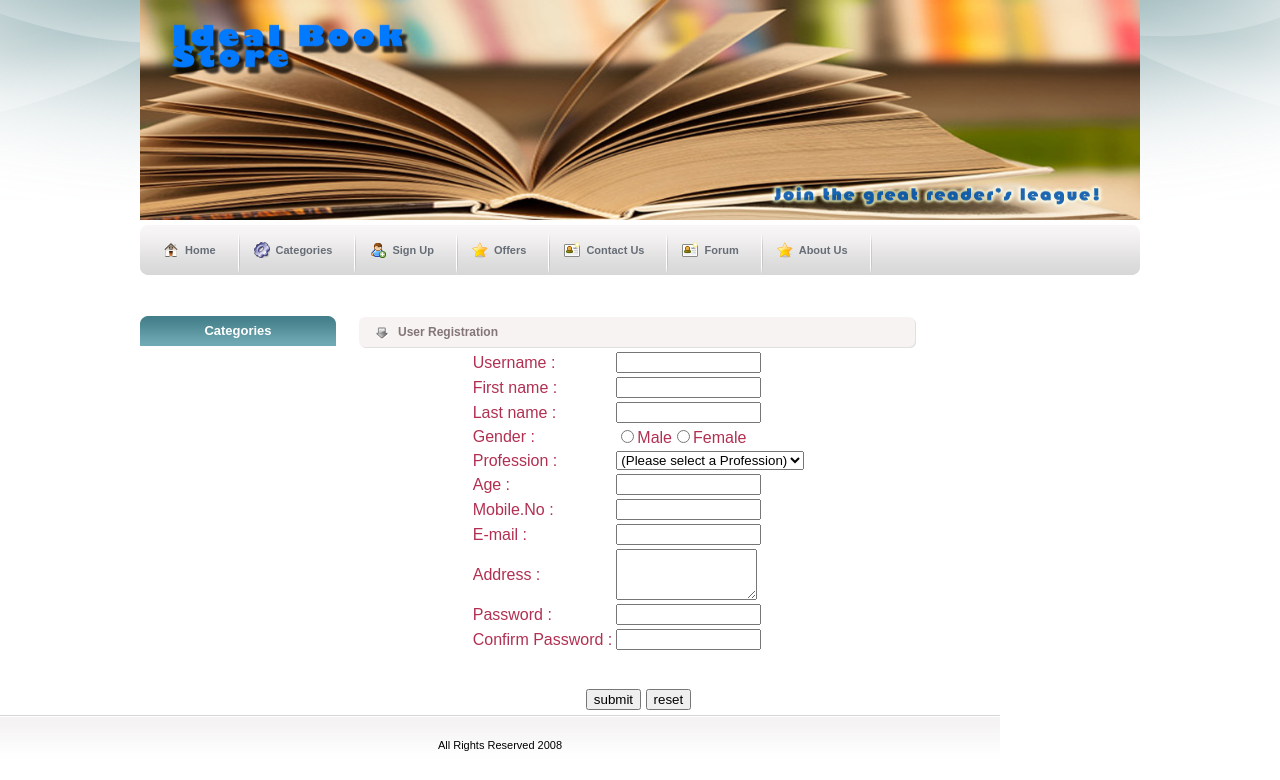
Repository: tusharjain887/Online-Book-Sales
Page: http://localhost/OnlineBook/registration.jsp
An editor plug-in stored every save of this project. The page is shown before and after the next save, followed by the edit.
The browser window is 1280 px wide. The pictures show the whole page.
The page is served by Tomcat 9. Queries for data that is not in the repository find no rows.

Above is the page before, as saved 2013-04-09 12:38:18.

### PROJECT/workspace/workspace/OnlineBook/WebContent/registration.jsp
<%@ page import="java.sql.*"%>
<%@ page import="java.io.*"%>
<%@ page import="java.util.*"%>
<%@ page import="java.lang.*"%>

<!DOCTYPE html PUBLIC "-//W3C//DTD XHTML 1.0 Transitional//EN" "http://www.w3.org/TR/xhtml1/DTD/xhtml1-transitional.dtd">
<html xmlns="http://www.w3.org/1999/xhtml">
<head>
<title>Sign Up</title>
<meta http-equiv="Content-Type" content="text/html; charset=windows-1252" />
<link rel="stylesheet" type="text/css" href="style.css" />
<!--[if IE 6]>
<link rel="stylesheet" type="text/css" href="iecss.css" />
<![endif]-->
<script type="text/javascript" src="js/boxOver.js"></script>

<script type="text/javascript">
function formValidation()
{
var username = document.myForm.username;
var name = document.myForm.name;
var lname = document.myForm.lname;
var age = document.myForm.age;
var phone1 = document.myForm.phone1;
var email = document.myForm.email;
var address = document.myForm.address;
var pwd = document.myForm.pwd;
var pwd1 = document.myForm.pwd1;

//username
var uid_len = username.value.length;
var alphanum = /^[0-9a-zA-Z]+$/;
if (uid_len == 0)
{
alert('Username should not be empty.');
username.focus();
return false;
}
else if ((!username.value.match(alphanum)))
{
alert('Username must have alphanumeric characters only.');
username.focus();
return false;
}

//Name
var letters = /^[A-Za-z]+$/;
if(name.value.length==0)
{
	alert('First name should not be empty');
	name.focus();
	return false;
}
else if(!name.value.match(letters))
{
	alert('First name must have alphabet characters only');
	name.focus();
	return false;
}

if(lname.value.length==0)
{
	alert('Last name should not be empty');
	lname.focus();
	return false;
}
else if(!lname.value.match(letters))
{
	alert('Last name must have alphabet characters only');
	lname.focus();
	return false;
}

if ( ( myForm.gender[0].checked == false ) && ( myForm.gender[1].checked == false ))
{
alert('Please select your gender!');
return false;
}

if(document.myForm.pro.selectedIndex==0)
{
alert("Please select your profession!");
document.myForm.pro.focus();
return false;
}

var numbers = /^[0-9]+$/;
if(age.value.length==0)
{
	alert('Please enter your age!');
	age.focus();
	return false;
}
else if(!age.value.match(numbers))
{
	alert('Age must have numeric characters only.');
	age.focus();
	return false;
}
else if(age.value.length>2)
{
	alert('Age must be less than 100');
	age.focus();
	return false;
}

if(phone1.value.length==0)
{
	alert('Please enter your Mobile number!');
	phone1.focus();
	return false;
}
else if(!phone1.value.match(numbers))
{
	alert('Mobile number must have numeric characters only.');
	phone1.focus();
	return false;
}
else if(!(phone1.value.length==10))
{
	alert('Mobile number must be equal to 10');
    phone1.focus();
	return false;
}

var mailformat = /^\w+([\.-]?\w+)*@\w+([\.-]?\w+)*(\.\w{2,3})+$/;
if(email.value.length==0)
	{
	alert("Please enter your email addres!");
	email.focus();
	return false;
	}
else if(!email.value.match(mailformat))
    {
	alert("You have entered an invalid email address!");
	email.focus();
	return false;
}


if(address.value.length==0)
{
	alert('Please enter your address!');
	age.focus();
	return false;
}


var pwd_len = pwd.value.length;
if (pwd_len == 0)
{
alert("Please enter your password!");
pwd.focus();
return false;
}
else if( pwd_len > 15 || pwd_len < 5)
{
	alert("Password should be between 5 to 15");
	pwd.focus();
	return false;
}

pwd_len = pwd1.value.length;
if (pwd_len == 0)
{
alert("Please confirm your password");
pwd1.focus();
return false;
}
else if( pwd_len > 15 || pwd_len < 5)
{
	alert("Password should be between 5 to 15");
	pwd1.focus();
	return false;
}

if(pwd.value!=pwd1.value)
{
alert("Password mismatch");
pwd.focus();
return false;
}



return true;
}
</script>
</head>
<body>
<div id="main_container">

  <div id="header">

  </div>

  <div id="main_content">
    <div id="menu_tab">
      <div class="left_menu_corner"></div>
      <ul class="menu">
        <li><a href="index.jsp" class="nav1"> Home</a></li>
        <li class="divider"></li>
        <li><a href="categories.jsp" class="nav2">Categories</a></li>
        <li class="divider"></li>
        <li><a href="registration.jsp" class="nav4">Sign Up</a></li>
        <li class="divider"></li>
        <li><a href="news.jsp" class="nav3">Offers</a></li>
        <li class="divider"></li>
        <li><a href="contact.jsp" class="nav6">Contact Us</a></li>
        <li class="divider"></li>
        <li><a href="forum.jsp" class="nav6">Forum</a></li>
        <li class="divider"></li>
        <li><a href="aboutus.jsp" class="nav3">About Us</a></li>
        <li class="divider"></li>

      </ul>
      <div class="right_menu_corner"></div>
    </div>
    <!-- end of menu tab -->
</br></br></br>
    <div class="left_content">
         <div class="title_box">Categories</div>
      <ul class="left_menu">
      <%
      try{
    	  Class.forName("com.ibm.db2.jcc.DB2Driver").newInstance();
	Connection Conn8=DriverManager.getConnection("jdbc:db2://localhost:50000/BOOKS","Rakesh","Rakesh");
	PreparedStatement ps8=Conn8.prepareStatement("SELECT CAT_ID,CAT_NAME FROM CATEGORY");
	ResultSet rs8=ps8.executeQuery();
	while(rs8.next())
    {
		String name=rs8.getString(2);
 	%>
        <li class="even"><%out.println("<a href='viewcategory.jsp?cat_id="+rs8.getString(1)+"'>"+name+"</a>");%></li>
        <%
        }
        %>
      </ul>
      <%
      PreparedStatement ps9=Conn8.prepareStatement("SELECT IMAGEURL FROM ADVERTISEMENT ORDER BY AD_ID DESC LIMIT 0,3");
	ResultSet rs9=ps9.executeQuery();
	while(rs9.next())
    {
		%>
      <div class="banner_adds"><br><br><br> <%out.println("<img src='C:/Uploaded Images/"+rs9.getString(1)+"'></img>");%> </div>
      <%
      }
	ps8.close();
	ps9.close();
	Conn8.close();
      }
      catch(Exception e)
      {
    	  System.out.println(e);
      }
      %>
    </div>
    </div>
    <!-- end of left content -->
    <div class="center_content">
      <div class="center_title_bar">User Registration</div>
      <div style="font-size:16px;color:#B13052;">
      <form name="myForm" action="registration1.jsp" method="post" onsubmit="return formValidation()">
      <center>
<table>
<h3>
<tr>
<td style="margin-bottom: 5px;">Username        : </td>
<td style="margin-bottom: 5px;"><input type=text name="username" size=15></td>
</tr>
<tr>
<td style="margin-bottom: 5px;">First name         : </td>
<td style="margin-bottom: 5px;"><input type=text name="name" size=15></td>
</tr>
<tr>
<td style="margin-bottom: 5px;">Last name        : </td>
<td style="margin-bottom: 5px;"><input type=text name="lname" size=15></td>
</tr>
<tr>
<td style="margin-bottom: 5px;">Gender               :</td>
<td style="margin-bottom: 5px;"><input type="radio" name="gender" value="male" /><span>Male</span><input type="radio" name="gender" value="female" /><span>Female</span></td>
</tr>
<tr>
<td style="margin-bottom: 5px;">Profession        : </td>
<td style="margin-bottom: 5px;"><select name="pro">
<option selected="" value="Default">(Please select a Profession)</option>
<option value=Student>Student</option>
<option value=Business>Business</option>
<option value=Govt. Employee>Govt.Employ</option>
<option value=Pvt.Employee>Pvt.Employ</option>
</select></td>
</tr>
<tr>
<td style="margin-bottom: 5px;">Age               :</td>
<td style="margin-bottom: 5px;"><input type=text name="age"size=15></td>
</tr>
<tr>
<td style="margin-bottom: 5px;">Mobile.No         :</td>
<td style="margin-bottom: 5px;"><input type=text name="phone1" size=15></td>
</tr>
<tr>
<td style="margin-bottom: 5px;">E-mail            :</td>
<td style="margin-bottom: 5px;"><input type=text name="email" size=15></td>
</tr>
<tr>
<td style="margin-bottom: 5px;">Address          : </td>
<td style="margin-bottom: 5px;"><textarea rows=3 cols=15 name="address" size=15></textarea></td>
</tr>
<tr>
<td style="margin-bottom: 5px;">Password          : </td>
<td style="margin-bottom: 5px;"><input type=password name="pwd" size=15></td>
</tr>
<tr>
<td style="margin-bottom: 5px;">Confirm Password  : </td>
<td style="margin-bottom: 5px;"><input type=password name="pwd1" size=15></td>
</tr></h3>
</table>
<br><br>


<input type=submit value="submit">
<input type=reset value="reset">
</center>
</form>
</div>
    </div>
    <!-- end of center content -->
    <div class="right_content">
     <br><br><br>
    </div>
    <!-- end of right content -->
  </div>
  <!-- end of main content -->
  </br></br>
  <div class="footer">
    <br><br>
    <center> All Rights Reserved 2008</center>
      </div>

<!-- end of main_container -->
</body>
</html>

### PROJECT/workspace/workspace/OnlineBook/WebContent/style.css
body
{
background:url(images/bg.jpg) no-repeat #fff center top;
padding:0;
font-family:Arial, Helvetica, sans-serif;
font-size:11px;
margin:0px auto auto auto;
color:#000;
}
p{
padding:2px;
margin:0px;
}
#main_container{
width:1000px;
height:auto;
margin:auto;
padding:0px;
}
.top_bar{
width:1000px;
height:38px;
background-color:#4a4a4a;
}
.top_search{
width:370px;
height:32px;
margin:0px 20px 0 0;
_margin:0px 10px 0 0;
float:right;
background:url(images/top_search_bg.gif) no-repeat center;
}
input.search_input{
width:182px;
height:18px;
float:left;
margin:5px 0 0 0 ;
border:1px solid #dbdbdb;
border-bottom-color:#ffffff;
border-right-color:#ffffff;
}
.search_text{
float:left;
width:110px;
padding:8px 0 0 15px;
color:#999999;
}
.search_text a{
text-decoration:none;
color:#999999;
}
.search_bt{
float:left;
padding:2px 0 0 15px;
}
.languages{
float:right;
width:150px;
padding:8px 0 0 0;
}
.lang_text{
float:left;
padding:0 5px 0 0;
color:#b3adad;
}
a.lang{
display:block;
float:left;
padding:0 5px 0 5px;
}
#header{
width:1000px;
height:220px;
background:url(images/book4.jpg) no-repeat center;
background-position:0px 0px;
background-size:1000px 220px;
margin=0;
}
.logout{
	float:right;
	font-size:14px;
	color: green;
	font-weight: bold;
}
.logout a,.logout a:hover {
	color: B13052;
}

}
#logo{
padding:15px;
}
#templatemo_header {
	clear: both;
	width: 1000px;
	height: 200px;
	padding: 0;
	margin: 0;
	background: url(images/templatemo_header_bg.jpg) no-repeat;
}

#templatemo_header a,a:hover {
	color: #000;
}

#templatemo_header #templatemo_special_offers {
	float: left;
	font-size: 14px;
	margin-top: 95px;
	margin-left: 490px;
	width: 180px;
}

#templatemo_special_offers a {
	font-size: 12px;
}

#templatemo_special_offers  p {
	margin: 0 0 20px 0;
}
#templatemo_special_offers p span {
	font-size: 18px;
}

#templatemo_header #templatemo_new_books {
	float: left;
	margin-top: 90px;
	margin-left: 55px;
	width: 180px;
}

#templatemo_new_books ul {
	 margin: 0 0 10px 0;
	 padding: 0 0 0 20px;
}

#templatemo_new_books li {
	 margin: 0;
	 padding: 0;
}

/*------------------------------oferte_content-----------------------*/
.oferte_content{
width:600px;
height:264px;
float:left;
padding:0 0 0 50px;
}
.top_divider{
float:left;
width:1px;
height:164px;
}
.oferta{
width:538px;
float:left;
padding:15px 30px 0 30px;
}
.oferta_img{
float:left;
padding:0 0 10px 0;
}
.oferta_title{
font-size:15px;
color:#b72c24;
font-weight:bold;
}
.oferta_details{
width:400px;
float:left;
padding:0 0 0 30px;
}
.oferta_text{
padding:5px 0 5px 0;
font-size:12px;
color:#FFFFFF;
text-align:justify;
line-height:15px;
}
a.details{
width:83px;
height:21px;
display:block;
float:right;
margin:5px 0 0 0;
padding-left:5px;
background:url(images/details_bt_bg.gif) no-repeat center;
text-align:center;
line-height:21px;
text-decoration:none;
color:#000000;
}
/*---------------------oferta_pagination-----------------------------*/

div.oferta_pagination {
clear:both;
padding:10px 0 0 0;
_padding:0px 0 0 0;
margin:5px;
text-align:center;
float:left;
font-size:10px;
}

div.oferta_pagination a {
width:22px;
height:22px;
display:block;
float:left;
margin:0 0 0 5px;
_margin:0 0 0 3px;
line-height:23px;
text-align:center;
background:url(images/pag_bg.gif) no-repeat center;
text-decoration:none;
color:#9d8b8b;
}
div.oferta_pagination a:hover, div.pagination a:active {
width:22px;
height:22px;
display:block;
float:left;
line-height:23px;
text-align:center;
background:url(images/pag_bg_a.gif) no-repeat center;
text-decoration:none;
color:#ad1614;
}
div.oferta_pagination span.current {
width:22px;
height:22px;
display:block;
float:left;
line-height:23px;
text-align:center;
background:url(images/pag_bg_a.gif) no-repeat center;
text-decoration:none;
color:#ad1614;
}
#main_content{
clear:both;
}
/*---------------- menu tab----------------------*/
#menu_tab{
width:1000px;
height:50px;
background-color:#fff;
margin-top:5px;
}
.left_menu_corner{
width:9px;
height:50px;
float:left;
background:url(images/menu_left.gif) no-repeat center;
}
.right_menu_corner{
width:9px;
height:50px;
float:left;
background:url(images/menu_right.gif) no-repeat center;
}
ul.menu {
list-style-type:none; float:left; display:block; width:982px;
margin:0px; padding:0px;background:url(images/menu_bg.gif) repeat-x;}

ul.menu li {
display:inline;
font-size:11px;
font-weight:bold;
line-height:50px;
}
ul.menu li.divider {
display:inline;
width:2px;
height:50px;
float:left;
background:url(images/menu_divider.gif) no-repeat center;
}

a.nav1:link, a.nav1:visited {
display:block; float:left; padding:0px 8px 0px 22px; margin:0 14px 0 14px;height:50px;text-decoration:none; background:url(images/home.png) no-repeat left; color:#676d77;}
a.nav2:link, a.nav2:visited {
display:block; float:left; padding:0px 8px 0px 22px; margin:0 14px 0 14px;height:50px;text-decoration:none; background:url(images/services.png) no-repeat left; color:#676d77;}
a.nav3:link, a.nav3:visited {
display:block; float:left; padding:0px 8px 0px 22px; margin:0 14px 0 14px;height:50px;text-decoration:none; background:url(images/favs.png) no-repeat left; color:#676d77;}
a.nav4:link, a.nav4:visited {
display:block; float:left; padding:0px 8px 0px 22px; margin:0 14px 0 14px;height:50px;text-decoration:none; background:url(images/user_add.png) no-repeat left; color:#676d77;}
a.nav5:link, a.nav5:visited {
display:block; float:left; padding:0px 8px 0px 22px; margin:0 14px 0 14px;height:50px;text-decoration:none; background:url(images/car.png) no-repeat left; color:#676d77;}
a.nav6:link, a.nav6:visited {
display:block; float:left; padding:0px 8px 0px 22px; margin:0 14px 0 14px;height:50px;text-decoration:none; background:url(images/contact-new.png) no-repeat left; color:#676d77;}

a.nav1:hover, a.nav2:hover, a.nav3:hover, a.nav4:hover, a.nav5:hover, a.nav6:hover {
color:#333333;}


li.currencies{
width:180px;
float:left;
padding:0 0 0 15px;
_padding:12px 0 0 15px;
color:#676d77;
font-size:11px;
font-weight:bold;
}
/*----------------crumb_navigation-------------*/
.crumb_navigation{
width:980px;
height:15px;
padding:5px 10px 0 20px;
color:#333333;
background:url(images/navbullet.png) no-repeat left;
background-position:5px 6px;
}
.crumb_navigation a{
color:#0fa0dd;
text-decoration:underline;
}
span.current{
color:#0fa0dd;
}

/*-------------left_content------------------*/
.left_content{
width:196px;
float:left;
}
.title_box{
width:196px;
height:30px;
margin:5px 0 0 0;
background:url(images/menu_title_bg.gif) no-repeat center;
text-align:center;
font-size:13px;
font-weight:bold;
color:#fff;
line-height:30px;
}
/*--------left menu---------*/
ul.left_menu{
width:196px;
padding:0px;
margin:0px;
list-style:none;
}
ul.left_menu li{
margin:0px;
list-style:none;
}
ul.left_menu li.odd a{
width:166px;height:25px;display:block;background:url(images/checked.png) no-repeat left #dad0d0; background-position:5px 5px;border-bottom:1px #FFFFFF solid;
text-decoration:none;color:#504b4b;padding:0 0 0 30px; line-height:25px;
}
ul.left_menu li.even a{
width:166px;height:25px;display:block;background:url(images/checked.png) no-repeat left #eee6e6;background-position:5px 5px;border-bottom:1px #FFFFFF solid;
text-decoration:none;color:#504b4b;padding:0 0 0 30px; line-height:25px;
}
ul.left_menu li.even a:hover, ul.left_menu li.odd a:hover{
background:url(images/checked.png) no-repeat left #7bbcc7; color:#FFFFFF;background-position:5px 5px;
}

.border_box{
width:194px;
height:auto;
text-align:center;
border:1px #6da6b1 solid;
}
.product_title{
color:#ea2222;
padding:5px 0 5px 0;
font-weight:bold;
}
.product_title a{
text-decoration:none;
color:#ea2222;
padding:5px 0 5px 0;
font-weight:bold;
}
.product_title a:hover{
color:#064E5A;
}
.product_img{
padding:5px 0 5px 0;
}
.prod_price{
padding:5px 0 5px 0;
}
span.reduce{
color:#ea2222;
text-decoration:line-through;
}
span.price{
color:#ea2222;
}
/*----------newsletter--------------*/
input.newsletter_input{
width:160px;
height:16px;
border:1px #ddd9d9 solid;
margin:10px 0 5px 0;
font-size:12px;
padding:3px;
color:#999999;
}
a.join{
width:17px;
display:block;
margin:5px 0 5px 140px;
_margin:5px 0 5px 130px;
background:url(images/blue-add.png) no-repeat left;
padding:0 0 0 20px;
text-decoration:none;
color:#1c4a52;
}
.banner_adds{
width:194px;
text-align:center;
padding:10px 0 10px 0;
}

/*center content--------------------------*/
.center_content{
width:585px;
float:left;
padding:5px 10px;
}
.center_title_bar{
width:520px;
height:33px;
float:left;
padding:0 0 0 40px;
margin:0 0 0 12px;
_margin:0 0 0 6px;
line-height:33px;
font-size:12px;
color:#847676;
font-weight:bold;
background:url(images/bar_bg.gif) no-repeat center;
}

/*----------------------right content--------------*/
.right_content{
width:196px;
float:left;
padding:5px 0 0 0;
}
.shopping_cart{
width:195px;
height:84px;
text-align:center;
background:url(images/cart_bg.gif) no-repeat center;
}
.cart_title{
font-size:12px;
font-size:12px;
color:#847676;
font-weight:bold;
padding:8px 0 0 0;
}
.cart_details{
width:115px;
float:left;
padding:5px 0 0 15px;
text-align:left;
}
.cart_icon{
float:left;
padding:5px 0 0 5px;
}
span.border_cart{
width:100px;
height:1px;
margin:3px 0 3px 0;
display:block;
border-top:1px #999999 dashed;
}
/*---------prod_box----------*/
.prod_box{
width:173px;
height:auto;
float:left;
padding:10px 10px 10px 11px;
}
.top_prod_box{
width:173px;height:12px;background:url(images/product_box_top.gif) no-repeat center bottom;float:left; padding:0px; margin:0px;
}
.bottom_prod_box{
width:173px;height:10px;background:url(images/product_box_bottom.gif) no-repeat center top;float:left;padding:0px; margin:0px;
}
.center_prod_box{
width:173px;height: auto;background:url(images/product_box_center.gif) repeat-y;float:left; text-align:center;padding:0px; margin:0px;
}
.prod_details_tab{
width:173px;
height:31px;
float:left;
background:url(images/products_details_bg.gif) no-repeat center;
margin:3px 0 0 0;
}
img.left_bt{
float:left;
padding:6px 0 0 6px;
}
a.prod_details{
width:25px;
display:block;
float:left;
background:url(images/square-blue-add.gif) no-repeat left;
padding:0 0 0 20px;
margin:7px 0 0 38px;
_margin:6px 0 0 35px;
text-decoration:none;
color:#0fa0dd;
}
/*---------prod_box_big----------*/
.prod_box_big{
width:554px;
height:auto;
float:left;
padding:10px 10px 10px 15px;
}
.top_prod_box_big{
width:554px;height:12px;background:url(images/details_box_top.gif) no-repeat center bottom;float:left; padding:0px; margin:0px;
}
.bottom_prod_box_big{
width:554px;height:12px;background:url(images/details_box_bottom.gif) no-repeat center top;float:left;padding:0px; margin:0px;
}
.center_prod_box_big{
width:554px;height: auto;background:url(images/details_box_center.gif) repeat-y;float:left; text-align:center;padding:0px; margin:0px;
}
.product_img_big{
width:170px;
padding:5px 0 5px 10px;
float:left;
}
.details_big_box{
width:345px;
float:left;
padding:0 0 0 15px;
text-align:left;
}
.product_title_big{
color:#ea2222;
padding:5px 0 5px 0;
font-weight:bold;
font-size:14px;
}
.specifications{
font-size:12px;
font-weight:bold;
line-height:18px;
}
.thumbs{
padding:8px 5px 8px 5px;
border:1px #DFD1D1 solid;
margin:3px 0 0 0;
}
.thumbs a{
padding:3px;
}
.prod_price_big{
padding:5px 0 5px 0;
font-size:16px;
}
span.reduce{
color:#ea2222;

}
span.price{
color:#ea2222;
}
a.addtocart{
width:76px;
height:27px;
display:block;
float:left;
background:url(images/addtocart.gif) no-repeat left;
padding:0 0 0 33px;
text-decoration:none;
line-height:27px;
color:#1c4a52;
}
a.compare{
width:76px;
height:27px;
display:block;
float:left;
margin:0 0 0 10px;
background:url(images/compare.gif) no-repeat left;
padding:0 0 0 33px;
text-decoration:none;
line-height:27px;
color:#1c4a52;
}
span.blue{
color:#5F9FAB;
}
/*---------------contact_form------------------*/
.contact_form{
width:355px;
float:left;
padding:0px 0 0 75px;
}
.form_row{
width:335px;
clear:both;
padding:10px 0 10px 0;
_padding:5px 0 5px 0;
color:#a53d17;
}
label.contact{
width:75px;
float:left;
font-size:12px;
text-align:right;
padding:4px 5px 0 0;
color: #333333;
}
input.contact_input{
width:253px;
height:18px;
background-color:#fff;
color:#999999;
border:1px #DFDFDF solid;
float:left;
}
textarea.contact_textarea{
width:253px;
height:50px;
font-family:Arial, Helvetica, sans-serif;
font-size:12px;
color: #999999;
background-color:#fff;
border:1px #DFDFDF solid;
float:left;
}
a.contact{
width:99px;
height:27px;
display:block;
float:right;
margin:0 0 0 10px;
background:url(images/contact_bt.gif) no-repeat left;
padding:0 0 0 10px;
text-decoration:none;
line-height:27px;
color:#1c4a52;
}
/*--------------footer----------------*/
.footer{
width:1000px;
clear:both;
height:65px;
background:url(images/footer_bg.gif) repeat-x top;
}
.left_footer{
float:left;
width:300px;
padding:5px 0 0 10px;
}
.right_footer{
float:right;
padding:15px 30px 0 0;
}
.right_footer a{
padding:0 0 0 7px;
text-decoration:none;
color: #666666;
}
.right_footer a:hover{
text-decoration:underline;
}

.center_footer{
float:left;
width:200px;
text-align:center;
color:#666666;
padding:10px 0 0 60px;
}

Loaded but not shown: PROJECT/workspace/workspace/OnlineBook/WebContent/js/boxOver.js (369 lines, source omitted)

After the next save:
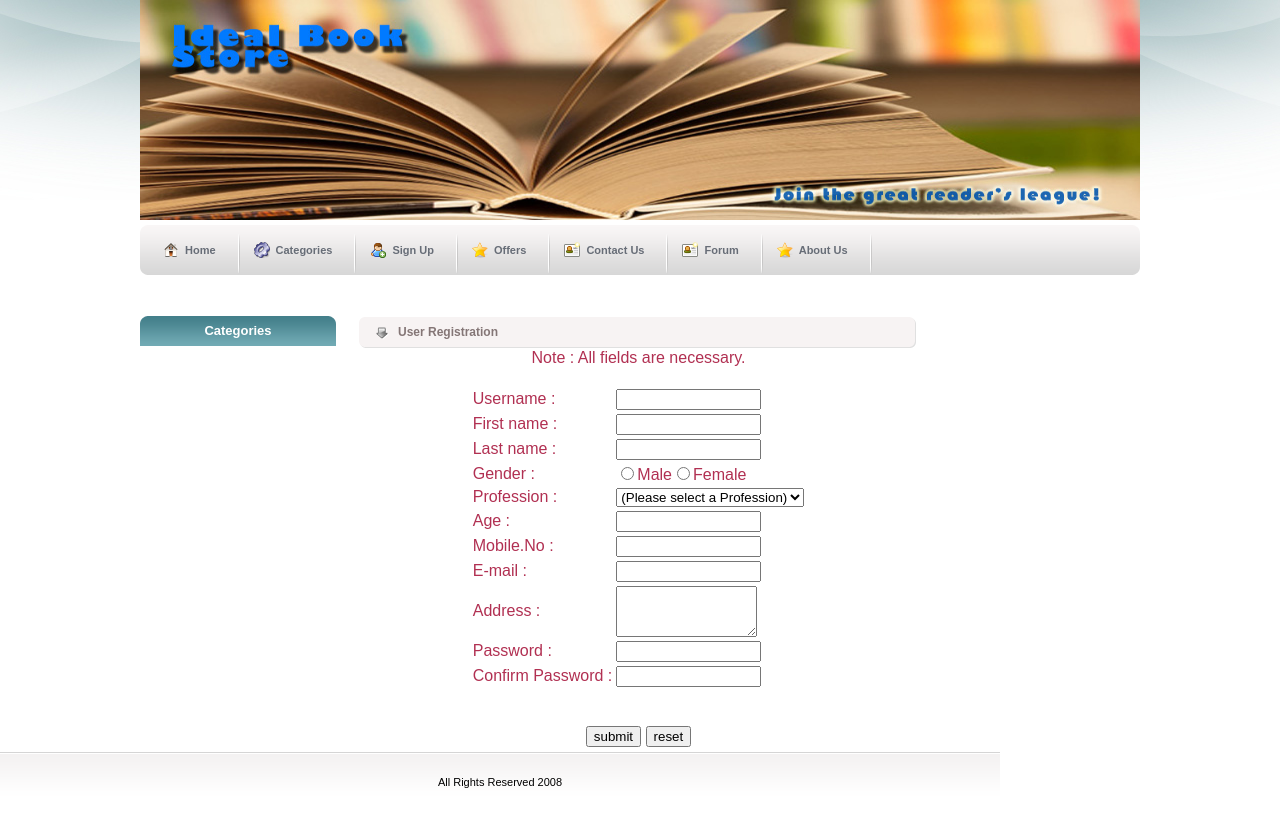
Saved 87 s later.
--- a/PROJECT/workspace/workspace/OnlineBook/WebContent/registration.jsp
+++ b/PROJECT/workspace/workspace/OnlineBook/WebContent/registration.jsp
@@ -262,6 +262,8 @@ return true;
       <div style="font-size:16px;color:#B13052;">
       <form name="myForm" action="registration1.jsp" method="post" onsubmit="return formValidation()">
       <center>
+      Note : All fields are necessary.
+</br>
 <table>
 <h3>
 <tr>
